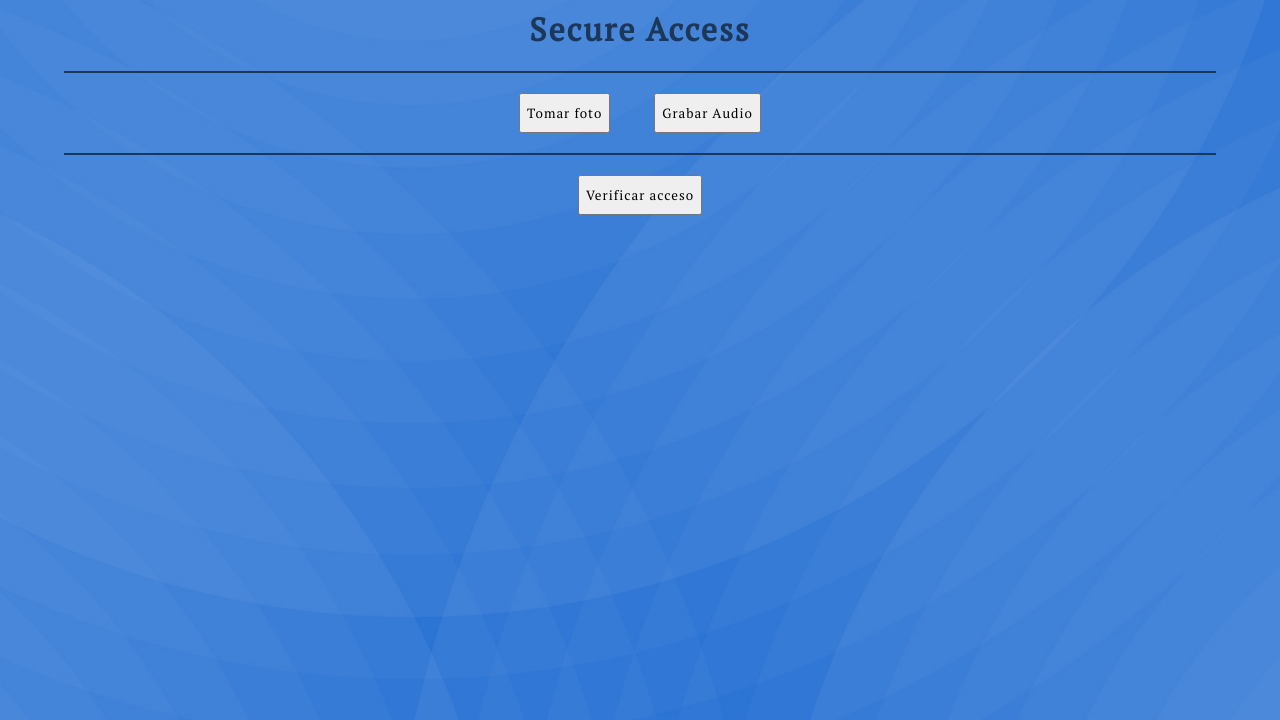
Repository: dabarreiroh/SECURE-ACCESS
Page: accessecure/templates/home/index.html
These files come from the project's save history. The page is drawn as it stood at one moment and after the next save; the edit follows.
The browser window is 1280 px wide. The pictures show the whole page.

Above is the page before, as saved 2020-03-16 23:32:18.

After the next save:
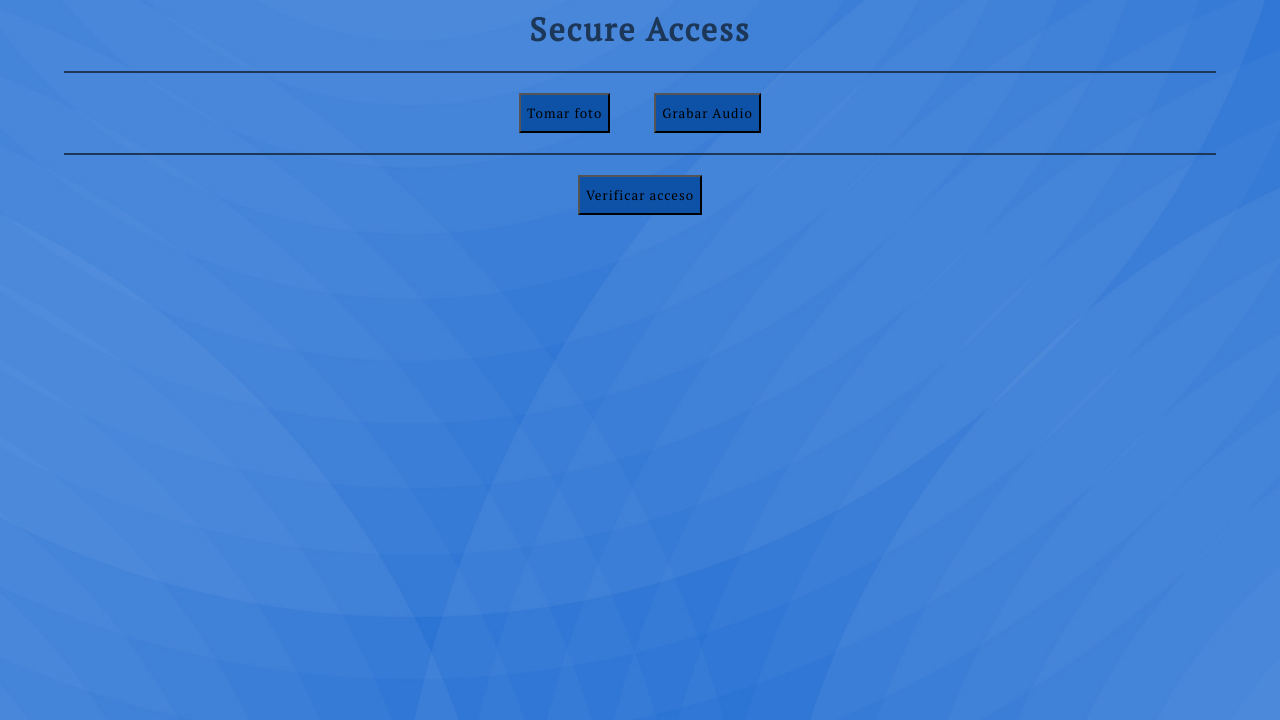
Saved 27 s later.
--- a/accessecure/static/admin/css/index/index.css
+++ b/accessecure/static/admin/css/index/index.css
@@ -25,4 +25,5 @@ input{
     margin: 20px;
     height: 40px;
     letter-spacing: 1px;
+    background-color: #0D52A6;
 }
